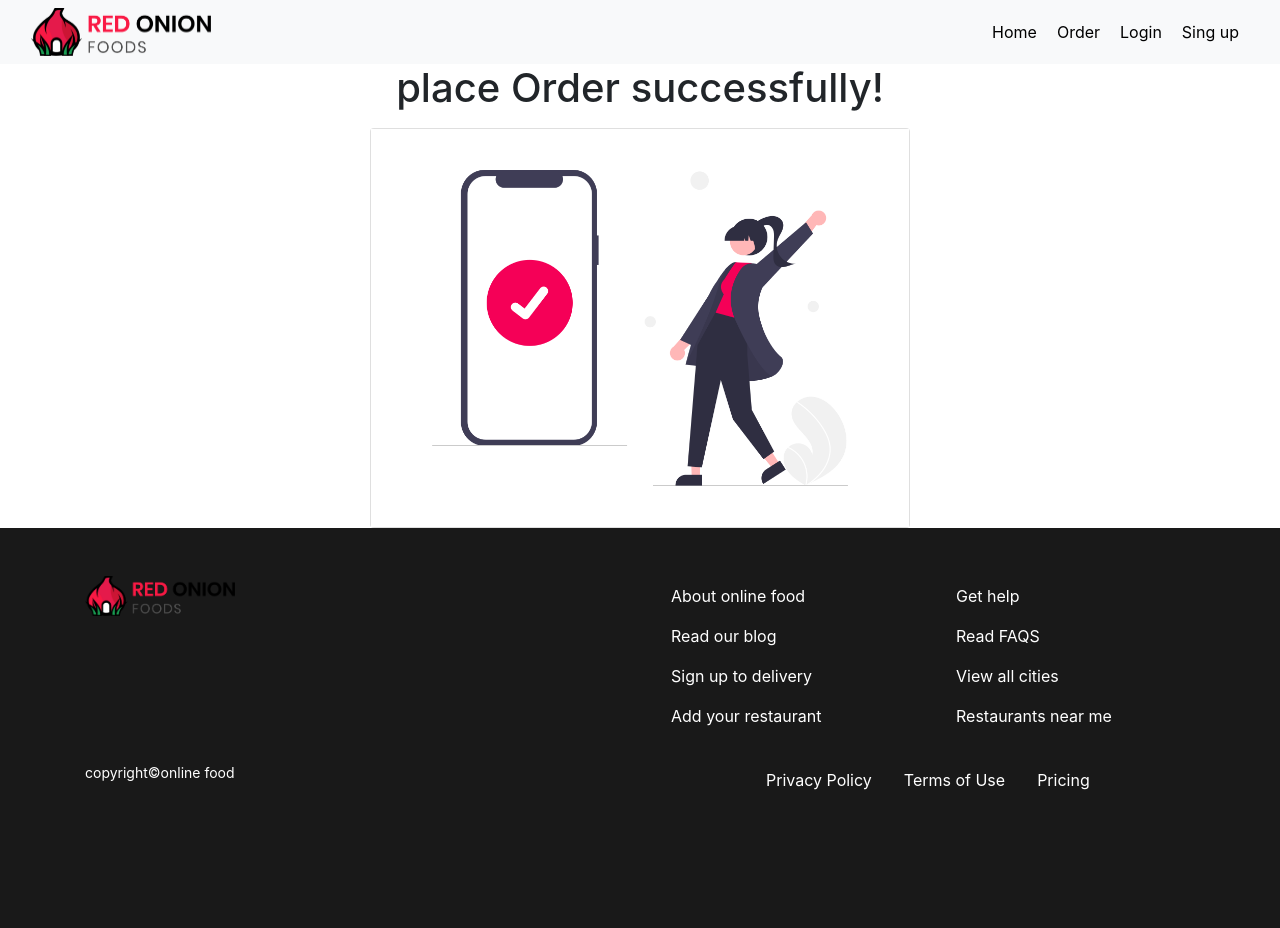
Repository: arif286/red-onion-client
Page: /order
The author's editor kept a copy of each file at every save. The page is drawn from the files as they stood at one save, then again after the next save.
The browser window is 1280 px wide. The pictures show the whole page.
The page's requests for data from a server got no answer. The project was rebuilt for these pictures with package versions that can differ from the ones it lists, and the page was loaded fresh each time. No one was signed in, and anything a server would have sent is missing. Also part of the build but not shown: src/App.css, src/components/CheckOut/CheckOut.css, src/components/CheckOut/CheckOutForm/CheckOutFrom.js, src/components/CheckOut/CheckOut.js, src/components/SearchBar/SearchBar.css, src/components/SearchBar/SearchBar.js, src/components/FoodDetails/FoodDetail.css, src/components/FoodDetails/FoodDetail.js and 12 more. Imported but missing from the stored project, and not drawn on this page: src/components/CheckOut/Map/Map.

Above is the page before, as saved 2021-04-06 03:13:09.

### public/index.html
<!DOCTYPE html>
<html lang="en">
  <head>
    <meta charset="utf-8" />
    <link rel="icon" href="%PUBLIC_URL%/favicon.ico" />
    <meta name="viewport" content="width=device-width, initial-scale=1" />
    <meta name="theme-color" content="#000000" />
    <meta
      name="description"
      content="Web site created using create-react-app"
    />
    <link rel="apple-touch-icon" href="%PUBLIC_URL%/logo192.png" />
    <!--
      manifest.json provides metadata used when your web app is installed on a
      user's mobile device or desktop. See https://developers.google.com/web/fundamentals/web-app-manifest/
    -->
    <link rel="manifest" href="%PUBLIC_URL%/manifest.json" />

    <!-- <link
      href="https://api.tiles.mapbox.com/mapbox-gl-js/v2.1.1/mapbox-gl.css"
      rel="stylesheet"
    /> -->
    <!--
      Notice the use of %PUBLIC_URL% in the tags above.
      It will be replaced with the URL of the `public` folder during the build.
      Only files inside the `public` folder can be referenced from the HTML.

      Unlike "/favicon.ico" or "favicon.ico", "%PUBLIC_URL%/favicon.ico" will
      work correctly both with client-side routing and a non-root public URL.
      Learn how to configure a non-root public URL by running `npm run build`.
    -->
    <title>Red Onion</title>
  </head>
  <body>
    <noscript>You need to enable JavaScript to run this app.</noscript>
    <div id="root"></div>
    <!--
      This HTML file is a template.
      If you open it directly in the browser, you will see an empty page.

      You can add webfonts, meta tags, or analytics to this file.
      The build step will place the bundled scripts into the <body> tag.

      To begin the development, run `npm start` or `yarn start`.
      To create a production bundle, use `npm run build` or `yarn build`.
    -->
  </body>
</html>

### src/App.js
import "bootstrap/dist/css/bootstrap.min.css";
import React, { createContext, useState } from "react";
import { BrowserRouter as Router, Route, Switch } from "react-router-dom";
import './App.css';
import CheckOut from "./components/CheckOut/CheckOut";
import Map from "./components/CheckOut/Map/Map";
import FoodDetail from "./components/FoodDetails/FoodDetail";
import Footer from "./components/Footer/Footer";
import Header from "./components/Header/Header";
import Home from './components/Home/Home';
import Login from "./components/LogIn/Login";
import Order from "./components/Order/Order";
import SingUp from "./components/SingUp/SingUp";


export const UserContext = createContext();
function App() {
  const [loggedInUser, setLoggedInUser] = useState({});
  return (
    <UserContext.Provider value={[loggedInUser, setLoggedInUser]}>
      <Router>
        <Header />
        <Switch>
          <Route path="/home">
            <Home />
          </Route>
          <Route path="/signUp">
            <SingUp />
          </Route>
          <Route path="/login">
            <Login />
          </Route>
          <Route path="/food/details/:foodId">
            <FoodDetail />
          </Route>
          <Route path='/checkOut'>
            <CheckOut/>
          </Route>
          <Route path='/order'>
            <Order/>
          </Route>
          <Route path='/map'>
            <Map/>
          </Route>
          <Route exact path="/">
            <Home/>
          </Route>
        </Switch>
        <Footer />
      </Router>
    </UserContext.Provider>
  );

}

export default App;

### src/components/Footer/Footer.js
import React from 'react';
import { NavLink } from 'react-bootstrap';
import Logo from '../../onion-restaurent/logo2.png';
import './Footer.css';

const Footer = () => {
    return (
      <footer>
        <div className="container">
          <div className="row pt-5">
            <div className="col-md-6 col-sm-12 pb-4">
              <img className="footer-img" src={Logo} alt="" />
            </div>
            <div className="col-md-3 col-sm-12 pb-4">
              <ul className="nav flex-column">
                <li className="nav-item">
                  <NavLink
                    className="nav-link active footer-link"
                    aria-current="page"
                    to="/"
                  >
                    About online food
                  </NavLink>
                </li>
                <li className="nav-item">
                  <NavLink className="nav-link footer-link" to="/">
                    Read our blog
                  </NavLink>
                </li>
                <li className="nav-item">
                  <NavLink className="nav-link footer-link" to="/">
                    Sign up to delivery
                  </NavLink>
                </li>
                <li className="nav-item">
                  <NavLink className="nav-link footer-link" to="/">
                    Add your restaurant
                  </NavLink>
                </li>
              </ul>
            </div>
            <div className="col-md-3 col-sm-12 pb-4">
              <ul className="nav flex-column">
                <li className="nav-item">
                  <NavLink
                    className="nav-link footer-link"
                    aria-current="page"
                    to="/"
                  >
                    Get help
                  </NavLink>
                </li>
                <li className="nav-item">
                  <NavLink className="nav-link footer-link" to="/">
                    Read FAQS
                  </NavLink>
                </li>
                <li className="nav-item">
                  <NavLink className="nav-link footer-link" to="/">
                    View all cities
                  </NavLink>
                </li>
                <li className="nav-item">
                  <NavLink className="nav-link footer-link" to="/">
                    Restaurants near me
                  </NavLink>
                </li>
              </ul>
            </div>
          </div>

          <div className="row">
            <div className="col-md-7">
              <p className='copy-right'>
                <small>
                  copyright<span>&#169;</span>online food
                </small>
              </p>
            </div>
            <div className="col-md-5">
              <div className='d-flex'>
                <NavLink className="footer-link">Privacy Policy</NavLink>
                <NavLink className="footer-link">Terms of Use</NavLink>
                <NavLink className="footer-link">Pricing</NavLink>
              </div>
            </div>
          </div>
        </div>
      </footer>
    );
};

export default Footer;

### src/components/Header/Header.js
import { faShoppingCart } from "@fortawesome/free-solid-svg-icons";
import { FontAwesomeIcon } from "@fortawesome/react-fontawesome";
import React from 'react';
import { NavLink } from "react-router-dom";
import logo from '../../onion-restaurent/logo2.png';
import './Header.css';
const cart = <FontAwesomeIcon icon={faShoppingCart} />;
const Header = () => {
    const header = {
        logo : {width: '180px'}
    }
    return (
      <div>
        <nav className="navbar navbar-expand-lg navbar-light bg-light">
          <div className="container-fluid">
            <div>
              <img style={header.logo} src={logo} alt="" />
            </div>
            <button
              className="navbar-toggler"
              type="button"
              data-bs-toggle="collapse"
              data-bs-target="#navbarNav"
              aria-controls="navbarNav"
              aria-expanded="false"
              aria-label="Toggle navigation"
            >
              <span className="navbar-toggler-icon"></span>
            </button>
            <div
              className="collapse  navbar-collapse justify-content-end"
              id="navbarNav"
            >
              <ul className="navbar-nav align-items-center">
                <li className="nav-item">
                  <NavLink className="header-link" to="/">
                    Home
                  </NavLink>
                </li>
                <li className="nav-item">
                  <NavLink className="header-link" to="/order">
                    Order
                  </NavLink>
                </li>
                <li className="nav-item">
                  <NavLink className="header-link" to="/login">
                    Login
                  </NavLink>
                </li>
                <li className="nav-item">
                  <NavLink className="header-link" to="/signUp">
                    Sing up
                  </NavLink>
                </li>
              </ul>
            </div>
          </div>
        </nav>
      </div>
    );
};

export default Header;

### src/components/Order/Order.js
import axios from "axios";
import React, { useContext, useEffect, useState } from "react";
import { Card, Col, Container, Row } from "react-bootstrap";
import { UserContext } from "../../App";
// import delivery from "../../onion-restaurent/Image/Group 1151.png";
import confirmOrder from '../../onion-restaurent/Image/confirmOrder.png';

const Order = () => {
  const [order, setOrder] = useState([]);
  const [loggedInUser, setLoggedInUser] = useContext(UserContext);

  useEffect(() => {
    axios.get(`http://localhost:5000/orderDetails?email=${loggedInUser.email}`)
      .then(res => {
        console.log(res.data)
        setOrder(res.data)
      })
      .catch(err => console.log(err));
  }, [loggedInUser.email]);
  return (
    <Container>
      <Row className="justify-content-center">
        <Col md={6}>
          <h1 className='text-center pb-2'>place Order successfully!</h1>
          <Card>
            <img src={confirmOrder} alt="" />
          </Card>
        </Col>
      </Row>
    </Container>
  );
};

export default Order;

### src/components/Footer/Footer.css
.footer-img {
  width: 150px;
}
footer {
  background-color: #191919;
  height: 400px;
}
.footer-link {
  color: white;
}
.footer-link:hover {
  color: #878787;
}
.copy-right {
  color: white;
}

### src/components/Header/Header.css
.header-link {
  color: black;
  display: inline-block;
  padding: 10px;
}
.header-link:hover {
  text-decoration: none;
  color: #777777;
}
.cart-btn {
  border: none;
  background: none;
}

Loaded but not shown: src/index.js (common file); src/index.css (common file); src/reportWebVitals.js (common file)

After the next save:
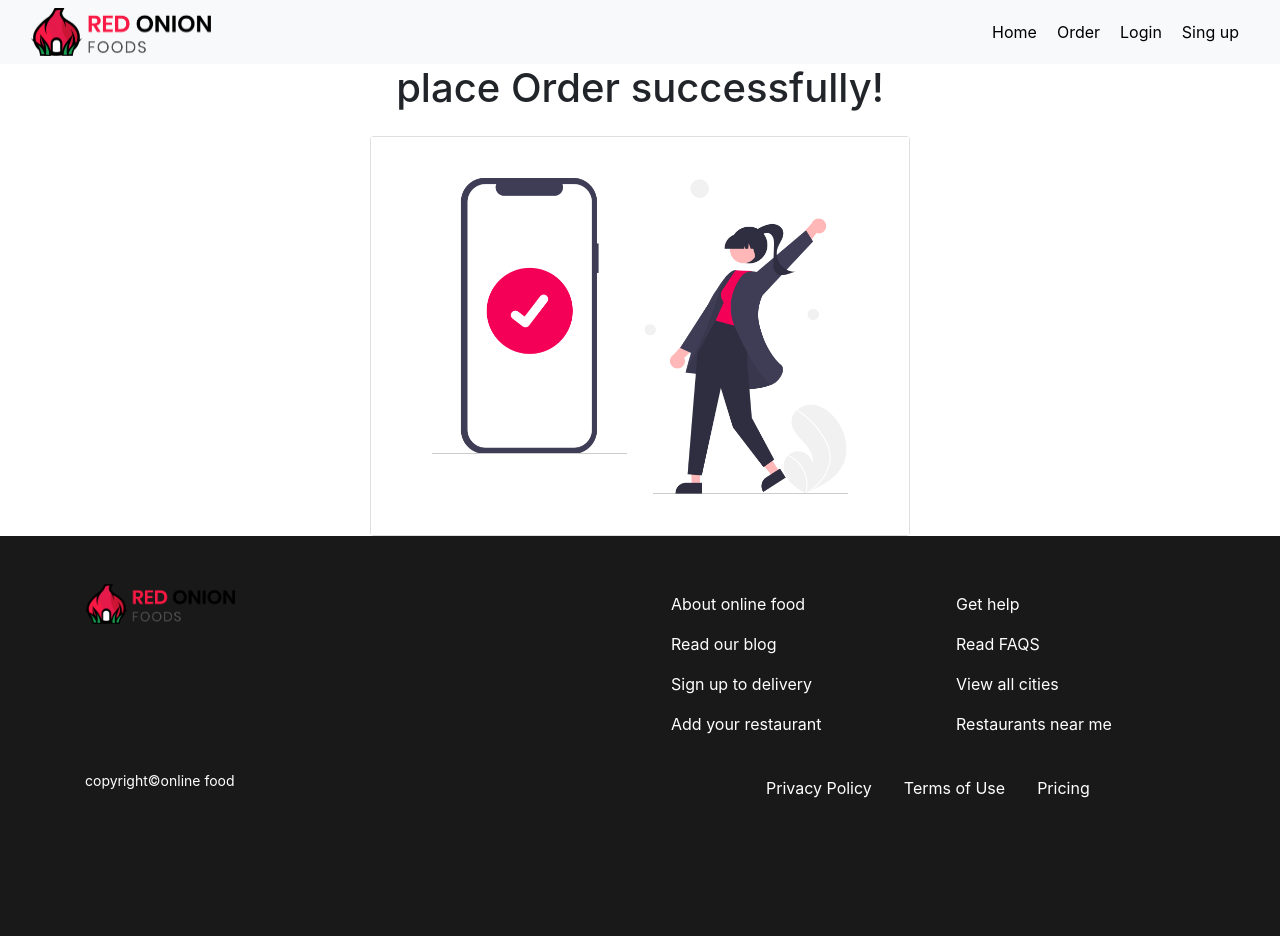
Saved 18 s later.
--- a/src/components/Order/Order.js
+++ b/src/components/Order/Order.js
@@ -21,7 +21,7 @@ const Order = () => {
     <Container>
       <Row className="justify-content-center">
         <Col md={6}>
-          <h1 className='text-center pb-2'>place Order successfully!</h1>
+          <h1 className='text-center pb-3'>place Order successfully!</h1>
           <Card>
             <img src={confirmOrder} alt="" />
           </Card>
